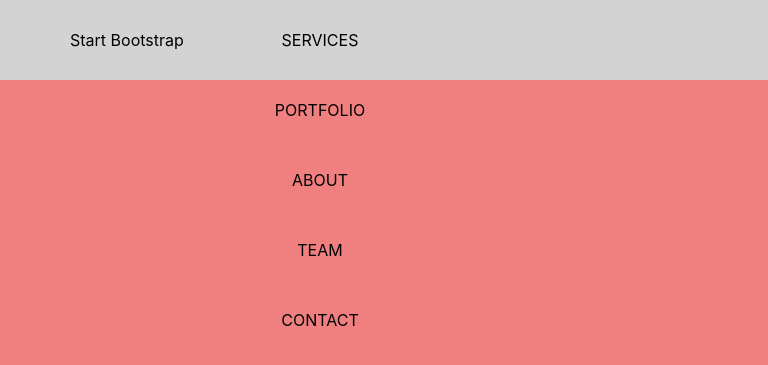
Repository: ooter37/media-queries-afternoon
Page: / (app in portfolio-clone/)
The author's editor kept a copy of each file at every save. The page is drawn from the files as they stood at one save, then again after the next save.
The browser window is 768 px wide. The pictures show the whole page.
The project was rebuilt for these pictures with package versions that can differ from the ones it lists, and the page was loaded fresh each time.

Above is the page before, as saved 2020-04-13 13:43:55.

### portfolio-clone/src/App.js
import React from 'react';
import './App.css';
import Banner from './Components/Banner'

function App() {
  return (
    <div className="App">
      <Banner />
    </div>
  );
}

export default App;

### portfolio-clone/src/App.css
body {
  width: 100vw;
  background-color: lightcoral;
}

.header {
  width: 100%;
  height: 80px;
  background-color: lightgrey;
  display: flex;
}

.navbar {
  height: 100%;
  width: 100%;
  display: flex;
  align-items: center;
}

.buttons {
  width: 500px;
	display: flex;
	flex-direction: row;
	justify-content: space-between;
  align-items: center;
  position: fixed;
  top: 30px;
  right: 20px;

}

.start-bootstrap {
  position: fixed;
  left: 70px;
}

@media screen and (max-width: 991px) {
  .buttons {
    flex-direction: column;
    min-width: 300px;
    height: 300px;
    position: fixed;
    left: 70px;
  }
}

### portfolio-clone/src/Components/Banner.js
import React from 'react'



export default class Banner extends React.Component {
    constructor() {
        super()

    }
    render() {
        return (
            <header className='header'>
                <nav className='navbar'>
                    <div className='start-bootstrap'>Start Bootstrap</div>
                    <div className='buttons'>

                            <div>SERVICES</div>

                            <div>PORTFOLIO</div>

                            <div>ABOUT</div>

                            <div>TEAM</div>

                            <div>CONTACT</div>

                    </div>
                </nav>
            </header>
        )
    }
}

Loaded but not shown: portfolio-clone/public/index.html (common file); portfolio-clone/src/index.js (common file); portfolio-clone/src/index.css (common file); portfolio-clone/src/serviceWorker.js (common file)

After the next save:
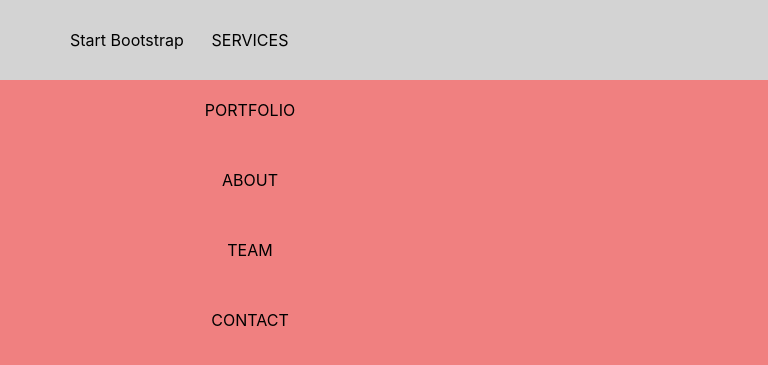
Saved 28 s later.
--- a/portfolio-clone/src/App.css
+++ b/portfolio-clone/src/App.css
@@ -40,6 +40,6 @@ body {
     min-width: 300px;
     height: 300px;
     position: fixed;
-    left: 70px;
+    left: 0px;
   }
 }
